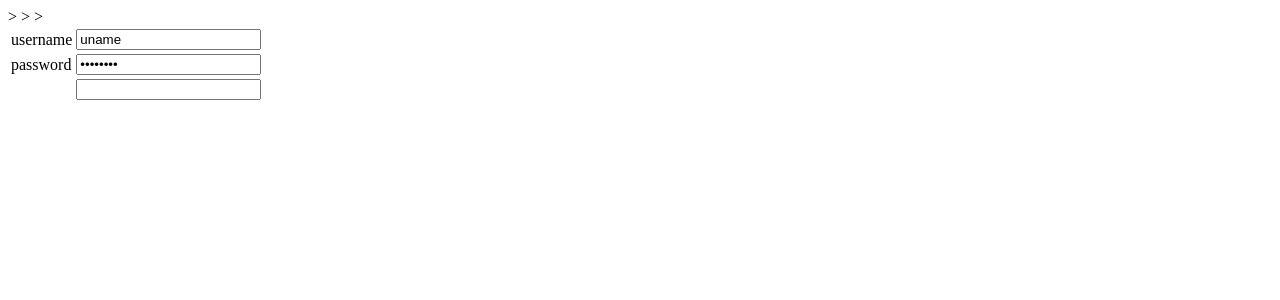
Repository: dogj/Part2
Page: http://localhost/test/login.jsp
The author's editor kept a copy of each file at every save. The page is drawn from the files as they stood at one save, then again after the next save.
The browser window is 1280 px wide. The pictures show the whole page.
The page is served by Tomcat 9.

Above is the page before, as saved 2017-08-23 00:43:56.

### part 2/dynamic web/test/src/main/webapp/login.jsp
<%@ page language="java" contentType="text/html; charset=ISO-8859-1"
    pageEncoding="ISO-8859-1"%>
<!DOCTYPE html PUBLIC "-//W3C//DTD HTML 4.01 Transitional//EN" "http://www.w3.org/TR/html4/loose.dtd">
<html>
<head>
<meta http-equiv="Content-Type" content="text/html; charset=ISO-8859-1">
<title>Insert title here</title>
</head>
<body>

<form method = "post "action="login">

<table>

<tr>
<td>username</td>
<td><input type="text" value="uname"></td>
</tr>>
<tr>
<td>password</td>
<td><input type="password" value="password"></td>
</tr>>

<tr>
<td></td>
<td><input></td>
</tr>>


</table>



</form>

</body>
</html>

After the next save:
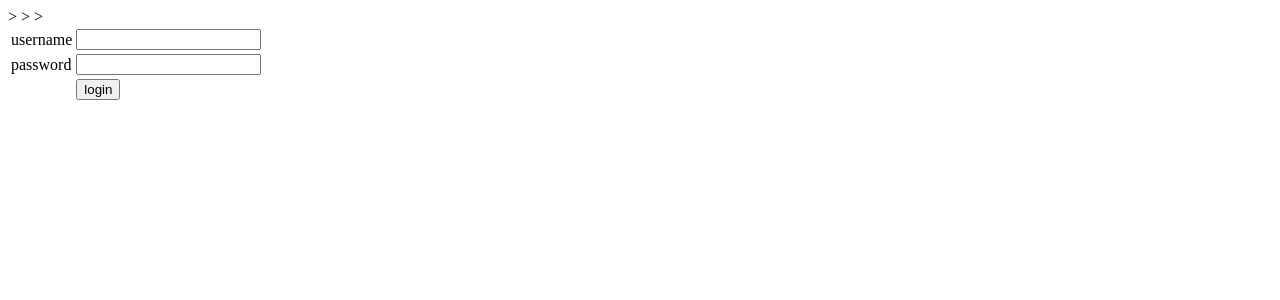
Saved 81 s later.
--- a/part 2/dynamic web/test/src/main/webapp/login.jsp
+++ b/part 2/dynamic web/test/src/main/webapp/login.jsp
@@ -14,16 +14,16 @@
 
 <tr>
 <td>username</td>
-<td><input type="text" value="uname"></td>
+<td><input type="text" name="uname"></td>
 </tr>>
 <tr>
 <td>password</td>
-<td><input type="password" value="password"></td>
+<td><input type="password" name="password"></td>
 </tr>>
 
 <tr>
 <td></td>
-<td><input></td>
+<td><input type="submit" value="login"></td>
 </tr>>
 
 
